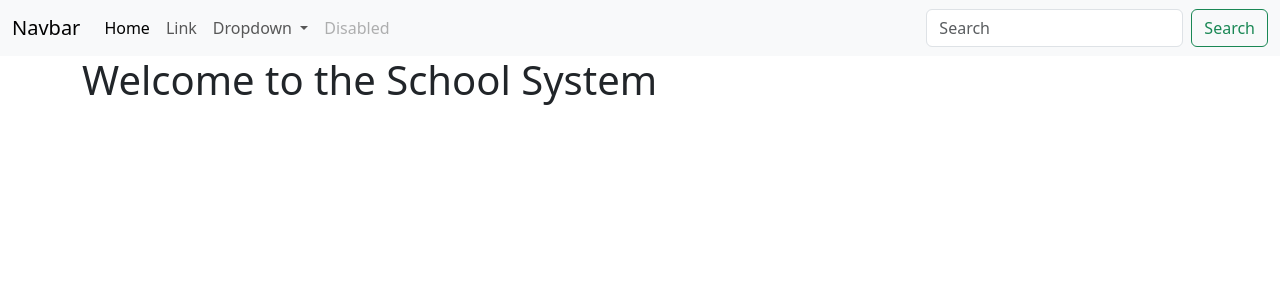
Repository: Mbote-Joseph/Django-Recap
Page: http://localhost/home
The author's editor kept a copy of each file at every save. The page is drawn from the files as they stood at one save, then again after the next save.
The browser window is 1280 px wide. The pictures show the whole page.
The page is served by the project's application, run on Django 5.2 (manage.py).

Above is the page before, as saved 2025-12-15 19:33:44.

After the next save:
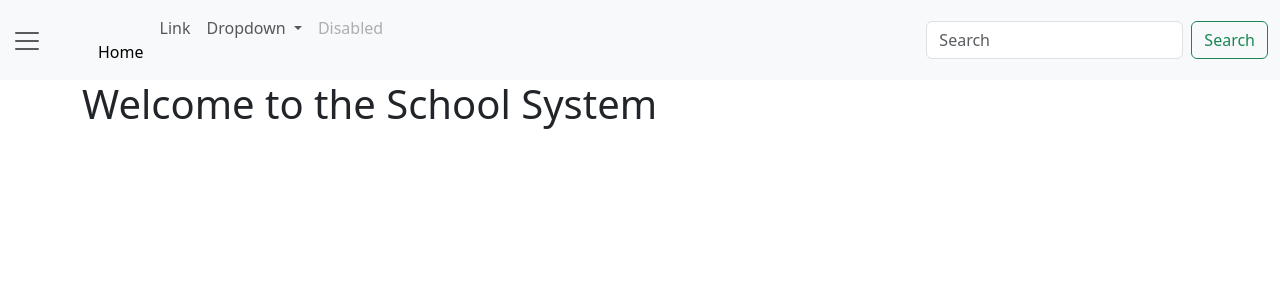
Saved 30 s later.
--- a/school/static/templates/base.html
+++ b/school/static/templates/base.html
@@ -9,7 +9,7 @@
   <body>
     <nav class="navbar navbar-expand-lg bg-body-tertiary">
       <div class="container-fluid">
-        <a class="navbar-brand" href="#">Navbar</a>
+        <a class="navbar-brand" href="{% url 'home' %}>Navbar</a>
         <button class="navbar-toggler" type="button" data-bs-toggle="collapse" data-bs-target="#navbarSupportedContent" aria-controls="navbarSupportedContent" aria-expanded="false" aria-label="Toggle navigation">
           <span class="navbar-toggler-icon"></span>
         </button>
